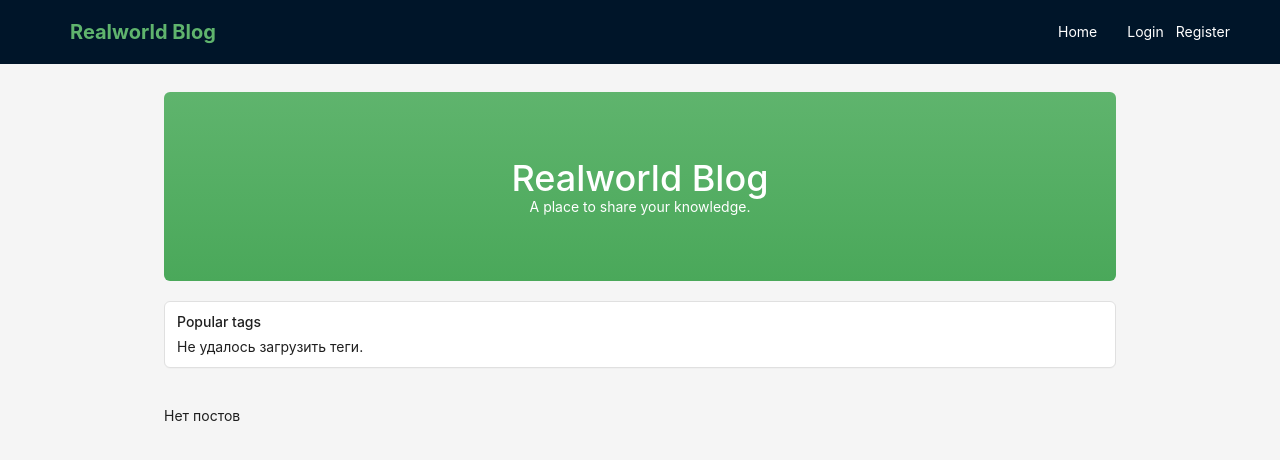
Repository: Rafged/S1mple-blog
Page: / (app in S1mple-blog-main/)
These files come from the project's save history. The page is drawn as it stood at one moment and after a run of saves; the edit follows.
The browser window is 1280 px wide. The pictures show the whole page.
The page's requests for data from a server got no answer. The project was rebuilt for these pictures with package versions that can differ from the ones it lists, and the page was loaded fresh each time. No one was signed in, and anything a server would have sent is missing. Also part of the build but not shown: S1mple-blog-main/vite.config.js, S1mple-blog-main/src/pages/Login.jsx, S1mple-blog-main/src/pages/Register.jsx, S1mple-blog-main/src/pages/NewPost.jsx, S1mple-blog-main/src/pages/Settings.jsx, S1mple-blog-main/src/pages/Article.jsx, S1mple-blog-main/src/pages/Profile.css, S1mple-blog-main/src/pages/Profile.jsx.

Above is the page before, as saved 2025-10-06 14:47:10.

After the next 3 saves:
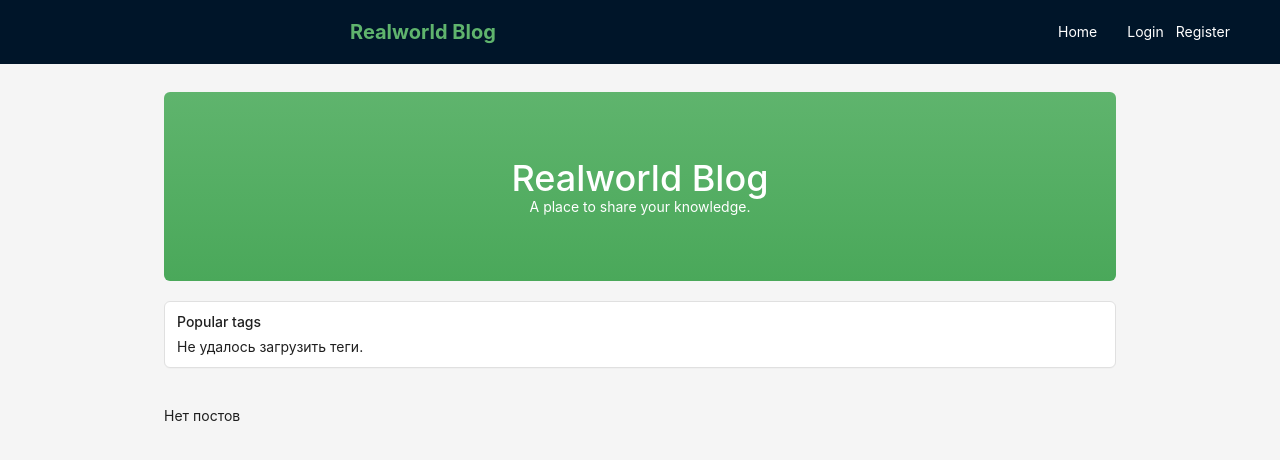
The 3 saves are shown as one change because they came seconds apart.
The last was saved 10 s later.
--- a/S1mple-blog-main/src/App.jsx
+++ b/S1mple-blog-main/src/App.jsx
@@ -35,7 +35,7 @@ export default function App(){
   return (
     <Layout style={{minHeight:'100vh'}}>
       <Header style={{display:'flex', alignItems:'center', justifyContent:'space-between'}}>
-        <div style={{color:'#5fb46d', fontWeight:700, fontSize: '20px', marginLeft: 20}}>Realworld Blog</div>
+        <div style={{color:'#5fb46d', fontWeight:700, fontSize: '20px', marginLeft: 300}}>Realworld Blog</div>
         <div>
           <Link to="/" style={{marginRight:30, color:'#fff'}}>Home</Link>
           {auth && <Link to="/new" style={{marginRight:25, color:'#fff'}}>New post</Link>}
